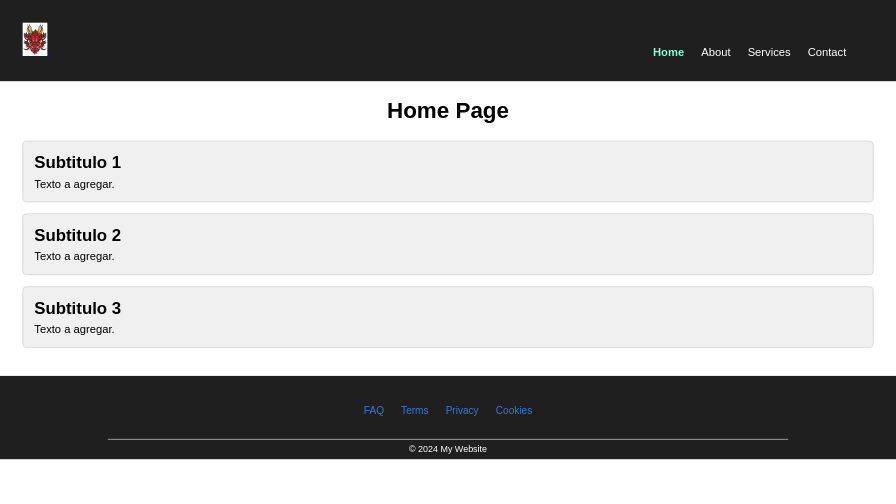
Repository: andreamm-lab/basic-navigation-example-2025-10
Page: index.html
These files come from the project's save history. The page is drawn as it stood at one moment and after the next save; the edit follows.
The browser window is 1280 px wide. The pictures show the part of the page from y = 0 to 1920 px (the page is 720 px tall before and 4235 px after), at 70% of full size.

Above is the page before, as saved 2025-11-06 19:04:33.

After the next save:
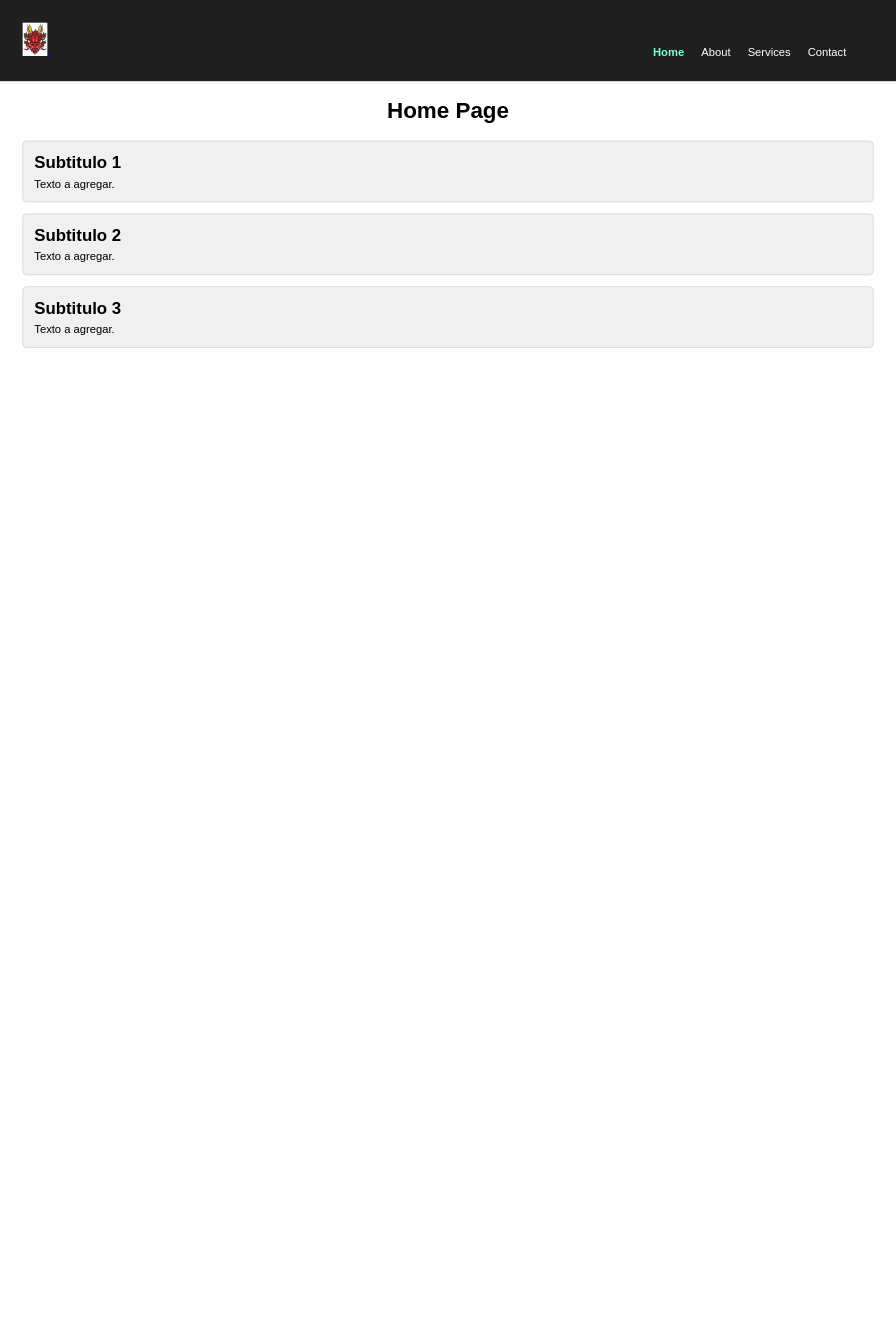
Saved 12 s later.
--- a/main.css
+++ b/main.css
@@ -82,7 +82,7 @@
 main {
     display: block;
     padding: 24px 32px;
-    min-height: 40px;
+    min-height: 4000px;
 }
 
 

After the save that followed:
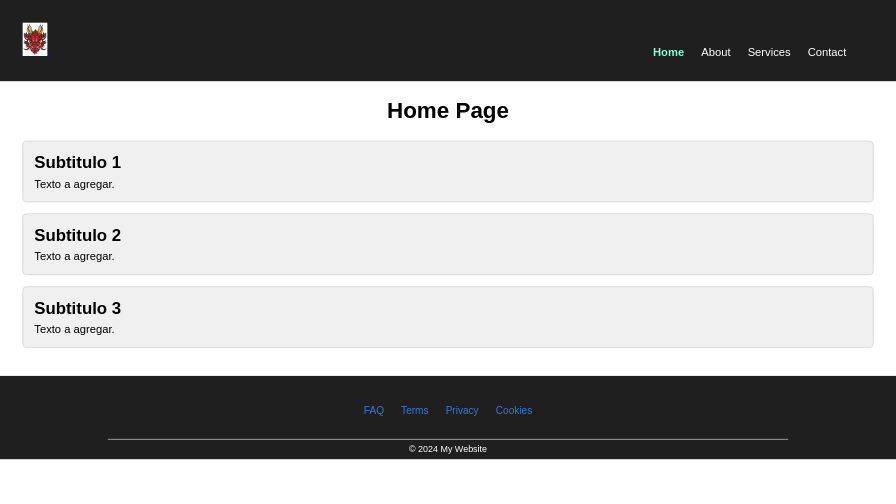
Saved 5 min 24 s later.
--- a/main.css
+++ b/main.css
@@ -1,4 +1,4 @@
-/* 1.------------------------------------ General Setup -----------------------------------------*/
+/* 1.------------------------------------------------ General Setup ---------------------------------------------*/
 
 * {
     box-sizing: border-box; /* How to calculate dimensiones */
@@ -15,7 +15,7 @@
 
 
 
-/* 2.--------------------------- Header - Upper Menu - Encabezado -----------------------------*/
+/* 2.---------------------------------------- Header - Upper Menu - Encabezado ---------------------------------*/
 
 /* background box and colors */
 nav {
@@ -77,41 +77,9 @@
     color: rgb(92, 229, 0);
 }
 
-/*--------------------------- Body - White Space -----------------------------*/
-
-main {
-    display: block;
-    padding: 24px 32px;
-    min-height: 4000px;
-}
-
-
-/* Home Page Title */
-#page-title {
-    font-size: 2rem;
-}
-
-.home-main h1 {
-    text-align: center;
-    margin-bottom: 24px;
-}
-
-/* text cards */
-.card-grid {
-    display: block; /* vertical align */
-}
-
-.card {
-    background-color: #f0f0f0;
-    border: 1px solid #d0d0d0;
-    border-radius: 6px;
-    padding: 16px;
-    margin-bottom: 16px;
-}
-
-.card h2 {
-    margin-bottom: 8px;
-}
+
+/*2.2: special part -------------------------------- Side Menu --------------------------------------------------*/
+
 
 /* Side menu on Services */
 .page {
@@ -157,7 +125,43 @@
     text-decoration: underline;
 }
 
-/* footer */
+/*3.--------------------------------------- Body - White Space for Content ---------------------------------------*/
+
+/* Space size */
+main {
+    display: block;
+    padding: 24px 32px;
+    min-height: 400px;
+}
+
+/* Home Page Title */
+#page-title {
+    font-size: 2rem;
+}
+
+.home-main h1 {
+    text-align: center;
+    margin-bottom: 24px;
+}
+
+/* text cards */
+.card-grid {
+    display: block; /* vertical align */
+}
+
+.card {
+    background-color: #f0f0f0;
+    border: 1px solid #d0d0d0;
+    border-radius: 6px;
+    padding: 16px;
+    margin-bottom: 16px;
+}
+
+.card h2 {
+    margin-bottom: 8px;
+}
+
+/*4.-----------------------------------------------------Footer--------------------------------------------------- */
 
 /* FAQ, Terms, etc. */
 
@@ -177,6 +181,16 @@
     text-decoration: none;
     font-size: 0.9rem;
 }
+
+/* Line separation */
+
+.footer-line {
+  border: none;
+  border-top: 1px solid #ccc;
+  margin: 0px auto 5px;
+  width: 80%;
+}
+
 
 /* Last Line Text: My Website */
 #main-footer {
@@ -186,16 +200,6 @@
     padding: 8px 32px; /* 1st number: inferior margin | 2nd: weight and it affects the line also. */
 }
 
-
 #main-footer p {
     font-size: 0.8rem; /* Font size. 'P' is necesary because */
 }
-
-
-
-.footer-line {
-  border: none;
-  border-top: 1px solid #ccc;
-  margin: 0px auto 5px;
-  width: 80%;
-}
